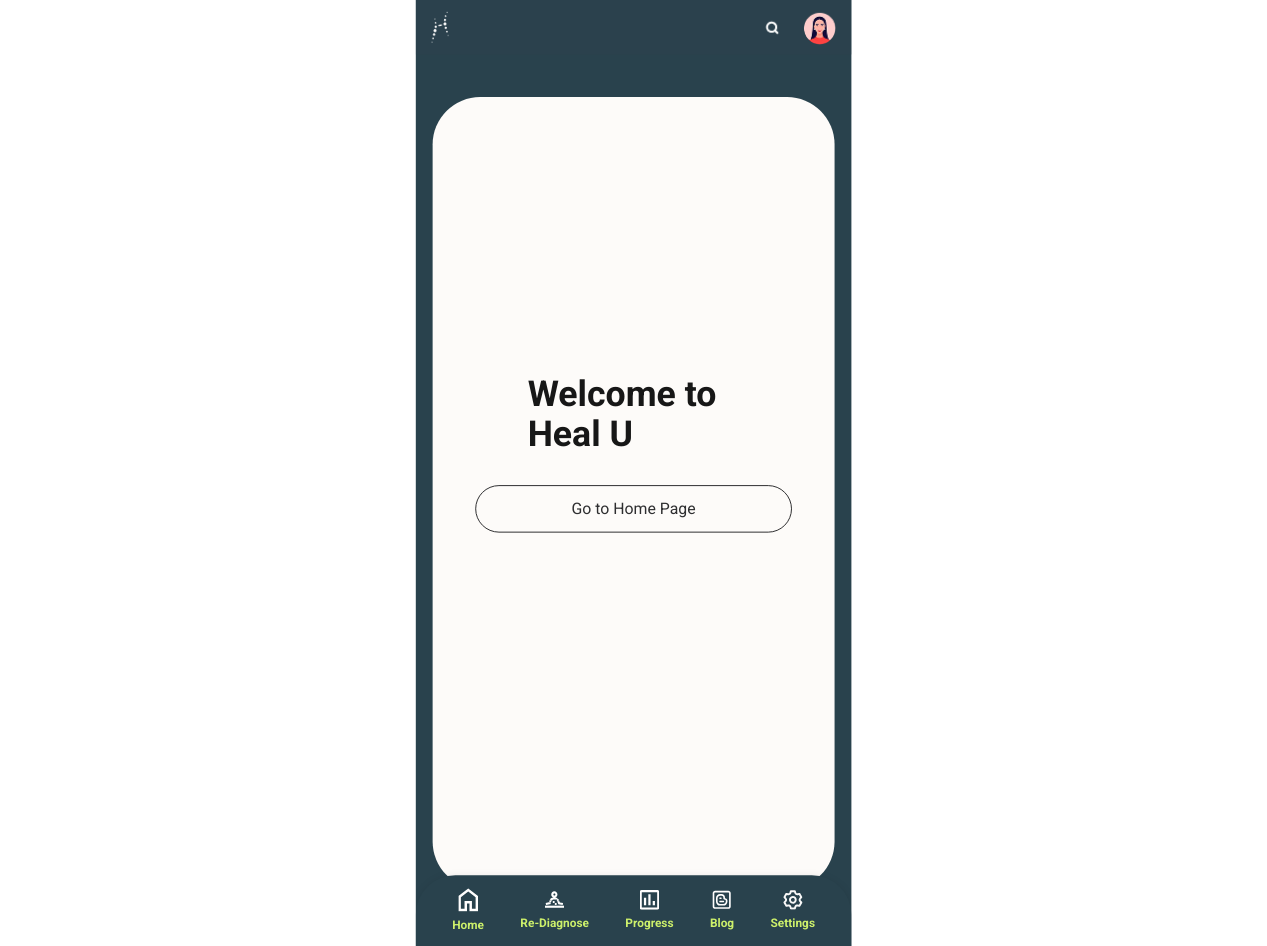
Repository: patcha-d3/heal_u
Page: /
These files come from the project's save history. The page is drawn as it stood at one moment and after the next save; the edit follows.
The browser window is 1280 px wide. The pictures show the whole page, at 99% of full size.
The project was rebuilt for these pictures with package versions that can differ from the ones it lists, and the page was loaded fresh each time. The framework's server and built-in components were replaced by stand-ins that run in the browser. Also part of the build but not shown: next.config.js, next.config.mjs.

Above is the page before, as saved 2025-05-08 11:16:55.

### app/layout.js
"use client";

import { Geist, Geist_Mono } from "next/font/google";
import { Roboto } from "next/font/google";
import "./globals.css";
import { usePathname } from "next/navigation";

import Bottomnav from "../ui/Bottomnav/Bottomnav";
import TopNav from "../ui/Topnav/Topnav";

const geistSans = Geist({
	variable: "--font-geist-sans",
	subsets: ["latin"],
});

const geistMono = Geist_Mono({
	variable: "--font-geist-mono",
	subsets: ["latin"],
});

const roboto = Roboto({
	weight: ["300", "400", "500", "700"],
	subsets: ["latin"],
	display: "swap",
});

export default function RootLayout({ children }) {
	const pathname = usePathname();
	const showBottomNav = !pathname?.includes("/onboarding");

	return (
		<html lang='en'>
			<body
				className={`${geistSans.variable} ${geistMono.variable} ${roboto.className} antialiased`}
				suppressHydrationWarning
			>
				<div className='min-h-screen w-full flex items-center justify-center'>
					<div className='w-[440px] h-[956px] relative overflow-hidden flex flex-col bg-[#29424D]'>
						<TopNav />
						<main className='flex-1 overflow-y-auto flex items-center justify-center'>
							<div className='w-[406px] h-[800px] bg-[#FDFBF9] mx-4 mb-4 rounded-[48px]'>
								{children}
							</div>
						</main>
						{showBottomNav && (
							<div className='absolute bottom-0 left-0 right-0'>
								<Bottomnav />
							</div>
						)}
					</div>
				</div>
			</body>
		</html>
	);
}

### app/page.js
"use client";

import React from "react";
import Link from "next/link";
import Button from "../ui/Button/Button";

export default function RootPage() {
	return (
		<main className='flex min-h-screen flex-col items-center justify-center p-24'>
			<h1 className='text-4xl font-bold mb-8'>
				Welcome to Heal U
			</h1>
			<Link href='/home'>
				<Button
					text='Go to Home Page'
					onClick={() => {}}
					fullWidth={false}
					outlined={true}
				/>
			</Link>
		</main>
	);
}

### ui/Bottomnav/Bottomnav.js
"use client";

import React from "react";
import Link from "next/link";
import { usePathname } from "next/navigation";
import styles from "./Bottomnav.module.css";
import Image from "next/image";

const menuItems = [
  { label: "Home", icon: "/icons/home.svg", path: "/" },
  { label: "Re-Diagnose", icon: "/icons/rediagnose.svg", path: "/re-diagnose" },
  { label: "Progress", icon: "/icons/progress.svg", path: "/progress" },
  { label: "Blog", icon: "/icons/blog.svg", path: "/blog" },
  { label: "Settings", icon: "/icons/settings.svg", path: "/settings" },
];

export default function MobileNavbar() {
  const pathname = usePathname();

  return (
    <nav className={styles.navbar}>
      {menuItems.map((item, index) => {
        const isActive = true;

        return (
          <Link href={item.path} key={index} className={styles.link}>
            <div className={styles.button}>
              <div
                className={`${styles.icon} ${
                  isActive ? styles.iconActive : ""
                }`}
              >
                <Image
                  src={item.icon}
                  alt={item.label}
                  width={20}
                  height={20}
                />
              </div>
              <span
                className={`${styles.label} ${
                  isActive ? styles.labelActive : styles.labelInactive
                }`}
              >
                {item.label}
              </span>
            </div>
          </Link>
        );
      })}
    </nav>
  );
}

### ui/Topnav/Topnav.js
"use client";

import React, { useState } from "react";
import styles from "./TopNav.module.css";

export default function TopNav() {
  const [showSearch, setShowSearch] = useState(false);
  const [hasNotification, setHasNotification] = useState(false);

  return (
    <header className={styles.topBar}>
      <a href="/" className={styles.logoContainer}>
        <img src="/logo.png" alt="Logo" className={styles.logoImg} />
      </a>

      <div className={styles.iconContainer}>
        <div className={styles.searchWrapper}>
          {showSearch && (
            <div className={styles.searchBox}>
              <input
                type="text"
                className={styles.searchInput}
                placeholder="Search..."
                autoFocus
              />
            </div>
          )}
          <img
            src="/search.png"
            alt="Search"
            className={`${styles.iconImg} ${showSearch ? styles.dark : ""}`}
            onClick={() => setShowSearch(!showSearch)}
          />
        </div>

        <div className={styles.avatarContainer}>
          <img
            src={hasNotification ? "/avatar-notification.png" : "/avatar.png"}
            alt="Avatar"
            className={styles.avatarImg}
          />
        </div>
      </div>
    </header>
  );
}

### ui/Button/Button.js
import React from "react";
import styles from "./Button.module.css";

const Button = ({
	text,
	onClick,
	icon,
	fullWidth = false,
	outlined = false,
	disabled = false,
	type = "button",
}) => {
	const classNames = [
		styles.button,
		fullWidth && styles.fullWidth,
		outlined && styles.outlined,
		disabled && styles.disabled,
	]
		.filter(Boolean)
		.join(" ");

	return (
		<button
			type={type}
			onClick={onClick}
			disabled={disabled}
			className={classNames}
		>
			<span className={styles.text}>{text}</span>
			{icon && <span className={styles.icon}>{icon}</span>}
		</button>
	);
};

export default Button;

### ui/Bottomnav/Bottomnav.module.css
/* navbar */
.navbar {
  position: relative;
  bottom: 0;
  left: 0;
  right: 0;
  display: flex;
  justify-content: space-evenly;
  align-items: center;
  background-color: #29424d;
  padding: 8px 0;
  box-shadow: 0 2px 10px rgba(0, 0, 0, 0.1);
  max-width: 440px;
  height: 72px;
  border-radius: 40px 40px 0 0;
  margin: 0 auto;
}

.link {
  text-decoration: none;
  color: inherit;
}

.button {
  display: flex;
  flex-direction: column;
  align-items: center;
  gap: 4px;
}

.icon {
  font-size: 24px;
}

.iconActive {
  stroke: #cdf06b;
}

.label {
  font-size: 12px;
  transition: all 0.2s ease;
}

.labelActive {
  font-weight: 800;
  color: #cdf06b;
}

.labelInactive {
  font-weight: 600;
  color: white;
}

/* Test page styles */
.testContainer {
  padding: 2rem;
  max-width: 440px;
  margin: 0 auto;
}

.testContent {
  display: flex;
  flex-direction: column;
  gap: 3rem;
}

.testSection {
  background: #f5f5f5;
  padding: 2rem;
  border-radius: 8px;
}

.testFrame {
  position: relative;
  height: 400px;
  border: 1px solid #ddd;
  border-radius: 8px;
  overflow: hidden;
  margin-top: 1rem;
}

.scrollContent {
  height: 100%;
  overflow-y: auto;
  padding: 1rem;
  padding-bottom: 80px; /* Space for the bottom nav */
}

.scrollContent p {
  margin: 1rem 0;
  padding: 0.5rem;
  background: white;
  border-radius: 4px;
  box-shadow: 0 1px 3px rgba(0, 0, 0, 0.1);
}

### ui/Topnav/Topnav.module.css
.topBar {
    width: 440px;
    height: 55px;
    background-color: #2b414d;
    display: flex;
    align-items: center;
    justify-content: space-between;
    padding: 0 16px;
    margin: 0 auto;
    box-sizing: border-box;
  }

  .logoImg {
    height: 30.56px;
    cursor: pointer;
  }

  .iconContainer {
    display: flex;
    align-items: center;
    gap: 16px;
  }

  .searchWrapper {
    display: flex;
    align-items: center;
    gap: 8px;
    position: relative;
  }

  .searchBox {
    background-color: white;
    width: 226px;
    height: 32px;
    border-radius: 24px;
    display: flex;
    align-items: center;
    padding: 0 5px;
    gap: 8px;
    transition: all 0.3s ease;
  }

  .searchInput {
    flex: 1;
    border: none;
    outline: none;
    font-size: 16px;
    background-color: transparent;
  }

  .iconImg {
    width: 32px;
    height: 32px;
    cursor: pointer;
    filter: brightness(200);
    transition: filter 0.3s ease;
  }

  .iconImg.dark {
    filter: brightness(0);
  }

  .avatarContainer {
    width: 32px;
    height: 34px;
    border-radius: 50%;
    overflow: hidden;
  }

  .avatarImg {
    width: 100%;
    height: 100%;
    object-fit: cover;
  }

### ui/Button/Button.module.css
.button {
	position: relative;
	display: flex;
	align-items: center;
	justify-content: center;
	height: 48px;
	width: 320px;
	border-radius: 24px;
	background-color: #29424d;
	border: 1px solid black;
	padding: 0 12px;
	font-family: "Roboto", sans-serif;
	font-size: 16px;
	line-height: 24px;
	color: white;
	transition: background-color 0.3s, color 0.3s;
}

.button:hover:not(.disabled) {
	background-color: #cdf06b;
	color: black;
}

.text {
	flex: 1;
	text-align: center;
}

.icon {
	position: absolute;
	right: 12px;
	display: flex;
	align-items: center;
}

.outlined {
	background-color: transparent;
	border: 1px solid #2e2e30;
	color: #2e2e30;
}

.outlined:hover:not(.disabled) {
	background-color: #cdf06b;
	color: #29424d;
}

.disabled {
	opacity: 0.5;
	cursor: not-allowed;
}

Loaded but not shown: app/globals.css (common file)

After the next save:
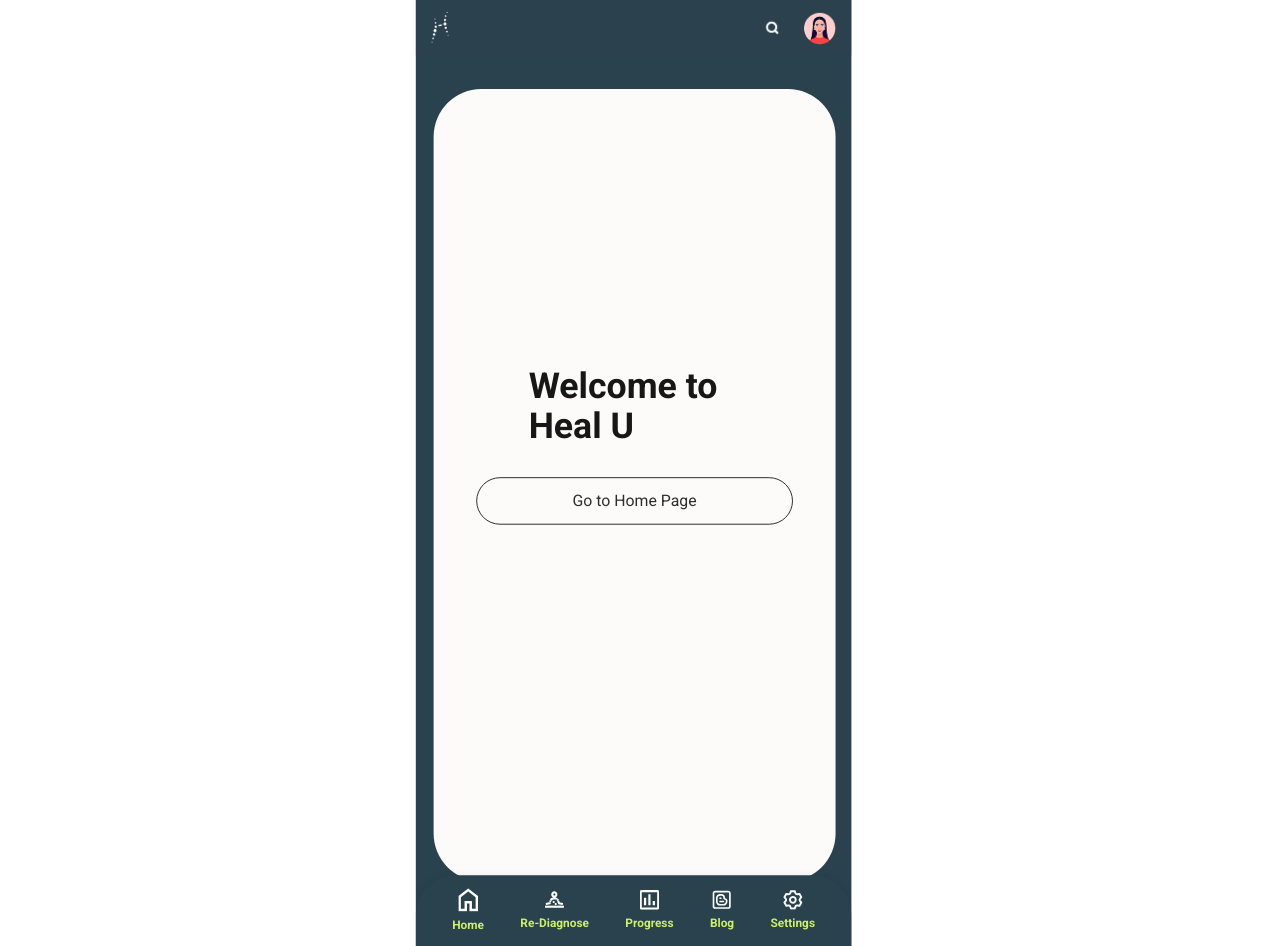
Saved 63 s later.
--- a/app/layout.js
+++ b/app/layout.js
@@ -37,7 +37,7 @@ export default function RootLayout({ children }) {
 				<div className='min-h-screen w-full flex items-center justify-center'>
 					<div className='w-[440px] h-[956px] relative overflow-hidden flex flex-col bg-[#29424D]'>
 						<TopNav />
-						<main className='flex-1 overflow-y-auto flex items-center justify-center'>
+						<main className='flex-1 overflow-y-auto flex items-center justify-end pb-4'>
 							<div className='w-[406px] h-[800px] bg-[#FDFBF9] mx-4 mb-4 rounded-[48px]'>
 								{children}
 							</div>
